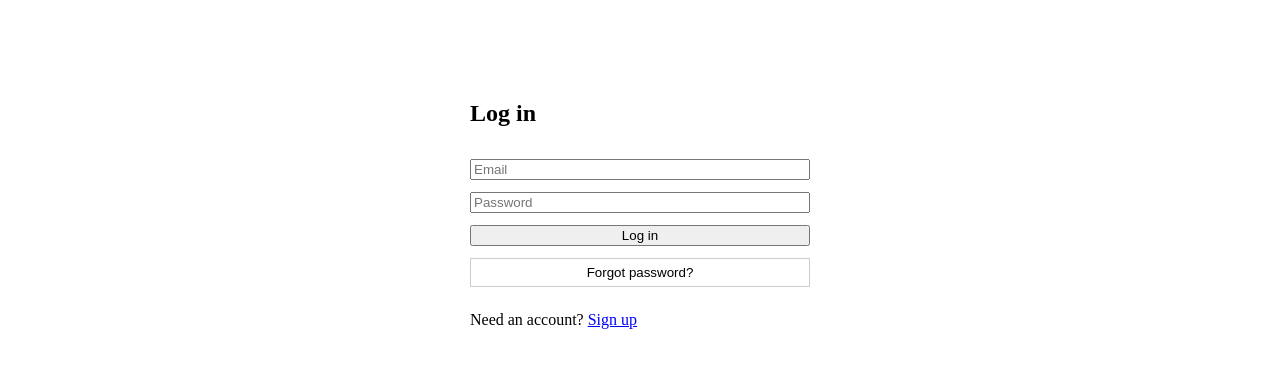
Repository: ChrisDoudoumis22222/fit-app-test
Page: / (app in frontend/)
These files come from the project's save history. The page is drawn as it stood at one moment and after the next save; the edit follows.
The browser window is 1280 px wide. The pictures show the whole page.
The project was rebuilt for these pictures with package versions that can differ from the ones it lists, and the page was loaded fresh each time. Also part of the build but not shown: frontend/src/pages/ForgotPasswordPage.js, frontend/src/pages/ResetPasswordPage.js, frontend/src/components/UserMenu.js, frontend/src/components/AvatarUpload.js, frontend/src/components/ChangePasswordForm.js, frontend/src/components/EditProfileForm.js, frontend/src/utils/avatar.js, frontend/src/pages/UserDashboard.js and 8 more.

Above is the page before, as saved 2025-06-10 19:57:16.

After the next save:
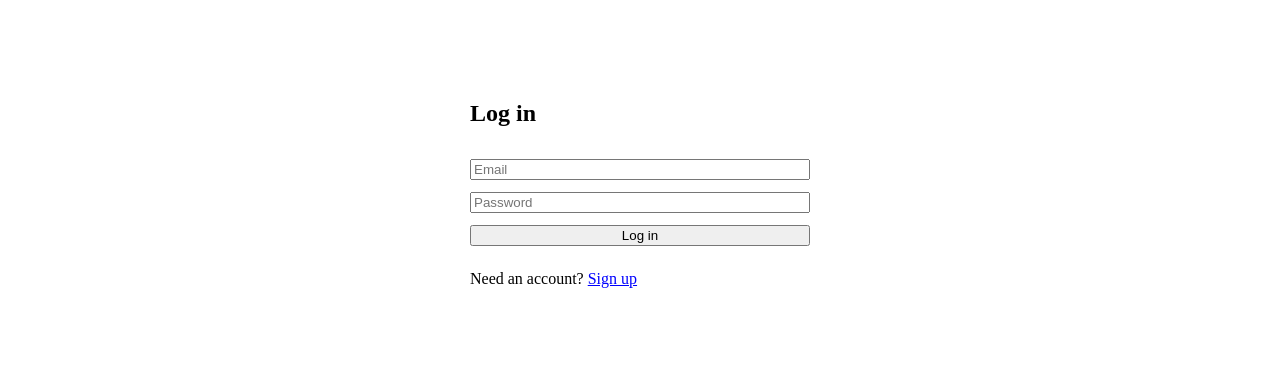
Saved 3 min 30 s later.
--- a/frontend/src/pages/AuthPage.js
+++ b/frontend/src/pages/AuthPage.js
@@ -7,27 +7,19 @@ export default function AuthPage() {
   const nav = useNavigate();
   const { session, profile, profileLoaded, refreshProfile } = useAuth();
 
-  const [mode, setMode] = useState("login");          // login | signup
-  const [form, setForm] = useState({
-    email: "",
-    password: "",
-    full_name: "",
-    role: "user",
-  });
+  const [mode, setMode] = useState("login");
+  const [form, setForm] = useState({ email: "", password: "", full_name: "", role: "user" });
   const [error, setError] = useState("");
   const [submitting, setSubmitting] = useState(false);
 
-  /* redirect if already logged in and the profile row is loaded */
+  /* redirect once everything is loaded */
   useEffect(() => {
     if (profileLoaded && session && profile) {
       nav(profile.role === "trainer" ? "/trainer" : "/user", { replace: true });
     }
   }, [profileLoaded, session, profile, nav]);
 
-  const setField =
-    (k) =>
-    (e) =>
-      setForm((p) => ({ ...p, [k]: e.target.value }));
+  const setField = (k) => (e) => setForm((p) => ({ ...p, [k]: e.target.value }));
 
   const validate = () => {
     if (!form.email.trim() || !form.password.trim())
@@ -40,12 +32,12 @@ export default function AuthPage() {
   const submit = async (e) => {
     e.preventDefault();
     setError("");
-    const localErr = validate();
-    if (localErr) return setError(localErr);
+    const v = validate();
+    if (v) return setError(v);
+    setSubmitting(true);
 
-    setSubmitting(true);
     try {
-      /* ───────── LOGIN ───────── */
+      /* ---------- LOGIN ---------- */
       if (mode === "login") {
         const { error } = await supabase.auth.signInWithPassword({
           email: form.email.trim(),
@@ -54,20 +46,17 @@ export default function AuthPage() {
         if (error) throw error;
       }
 
-      /* ───────── SIGN-UP ───────── */
+      /* ---------- SIGN-UP ---------- */
       else {
-        /* 1) create auth.user */
         const { error: signErr } = await supabase.auth.signUp({
           email: form.email.trim(),
           password: form.password,
-          options: {
-            data: { full_name: form.full_name.trim(), role: form.role },
-          },
+          options: { data: { full_name: form.full_name.trim(), role: form.role } },
         });
         if (signErr) throw signErr;
-        alert("Check your email to confirm your account. 📧");
 
-        /* 2) log in → obtain session (needed for RLS) */
+        alert("Almost there! Check your e-mail to confirm.");
+
         const { data: loginData, error: loginErr } =
           await supabase.auth.signInWithPassword({
             email: form.email.trim(),
@@ -75,11 +64,10 @@ export default function AuthPage() {
           });
         if (loginErr) throw loginErr;
 
-        /* 3) upsert profile row (trigger might have done it already) */
         const { error: upsertErr } = await supabase.from("profiles").upsert(
           {
             id: loginData.user.id,
-            email: form.email.trim(),         // NOT NULL column!
+            email: form.email.trim(),
             full_name: form.full_name.trim(),
             role: form.role,
           },
@@ -88,9 +76,8 @@ export default function AuthPage() {
         if (upsertErr) throw upsertErr;
       }
 
-      /* 4) reload profile → row must now exist */
-      const fresh = await refreshProfile();
-      nav(fresh.role === "trainer" ? "/trainer" : "/user", { replace: true });
+      /* refresh -> redirect happens in useEffect */
+      await refreshProfile();
     } catch (err) {
       setError(err.message);
     } finally {
@@ -98,67 +85,25 @@ export default function AuthPage() {
     }
   };
 
-  /* ───────── view ───────── */
   return (
     <form onSubmit={submit} style={styles.card}>
       <h2>{mode === "login" ? "Log in" : "Sign up"}</h2>
-
       {mode === "signup" && (
         <>
-          <input
-            placeholder="Full name"
-            value={form.full_name}
-            onChange={setField("full_name")}
-            required
-          />
+          <input placeholder="Full name" value={form.full_name} onChange={setField("full_name")} />
           <select value={form.role} onChange={setField("role")}>
             <option value="user">User</option>
             <option value="trainer">Trainer</option>
           </select>
         </>
       )}
-
-      <input
-        placeholder="Email"
-        type="email"
-        value={form.email}
-        onChange={setField("email")}
-        required
-      />
-      <input
-        placeholder="Password"
-        type="password"
-        value={form.password}
-        onChange={setField("password")}
-        required
-      />
-
-      <button disabled={submitting}>
-        {submitting
-          ? "Please wait…"
-          : mode === "login"
-          ? "Log in"
-          : "Create account"}
-      </button>
-
-      {mode === "login" && (
-        <button
-          type="button"
-          style={styles.secondaryBtn}
-          onClick={() => nav("/forgot-password")}
-        >
-          Forgot password?
-        </button>
-      )}
-
+      <input placeholder="Email" type="email" value={form.email} onChange={setField("email")} />
+      <input placeholder="Password" type="password" value={form.password} onChange={setField("password")} />
+      <button disabled={submitting}>{submitting ? "Please wait…" : mode === "login" ? "Log in" : "Create account"}</button>
       {error && <p style={{ color: "red" }}>{error}</p>}
-
       <p style={{ marginTop: 12 }}>
         {mode === "login" ? "Need an account?" : "Have an account?"}{" "}
-        <span
-          style={styles.link}
-          onClick={() => setMode(mode === "login" ? "signup" : "login")}
-        >
+        <span style={styles.link} onClick={() => setMode(mode === "login" ? "signup" : "login")}>
           {mode === "login" ? "Sign up" : "Log in"}
         </span>
       </p>
@@ -167,18 +112,6 @@ export default function AuthPage() {
 }
 
 const styles = {
-  card: {
-    maxWidth: 340,
-    margin: "80px auto",
-    display: "flex",
-    flexDirection: "column",
-    gap: 12,
-  },
+  card: { maxWidth: 340, margin: "80px auto", display: "flex", flexDirection: "column", gap: 12 },
   link: { color: "blue", cursor: "pointer", textDecoration: "underline" },
-  secondaryBtn: {
-    background: "transparent",
-    border: "1px solid #ccc",
-    padding: "6px 10px",
-    cursor: "pointer",
-  },
 };
